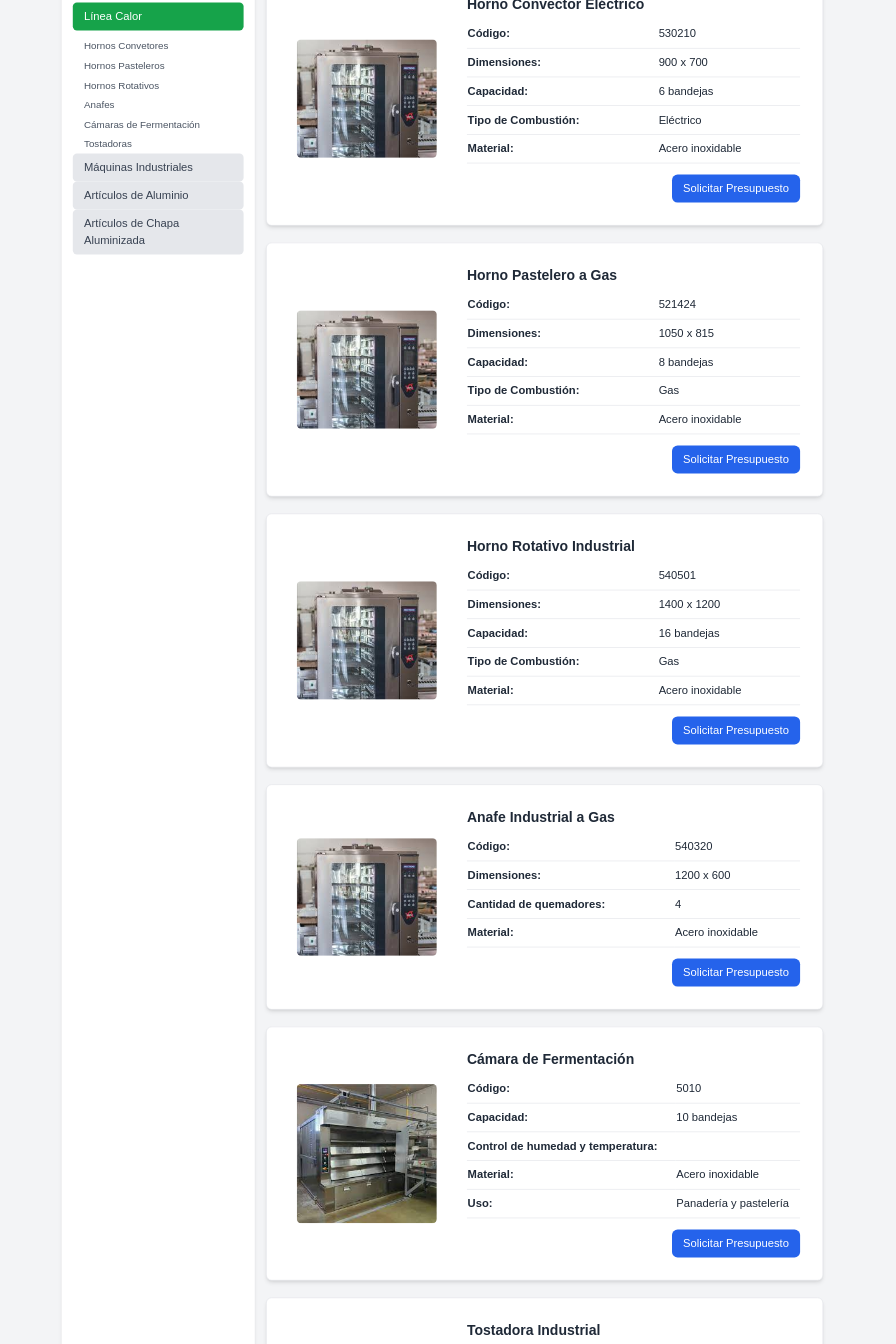
Repository: francoluca35/web-site-jla
Page: /producatalogo
The author's editor kept a copy of each file at every save. The page is drawn from the files as they stood at one save, then again after the next save.
The browser window is 1280 px wide. The pictures show the part of the page from y = 368 to 2288 px (the page is 2970 px tall), at 70% of full size.
The project was rebuilt for these pictures with package versions that can differ from the ones it lists, and the page was loaded fresh each time. The framework's server and built-in components were replaced by stand-ins that run in the browser. Also part of the build but not shown: next.config.js, next.config.mjs.

Above is the page before, as saved 2025-03-05 03:20:57.

After the next save:
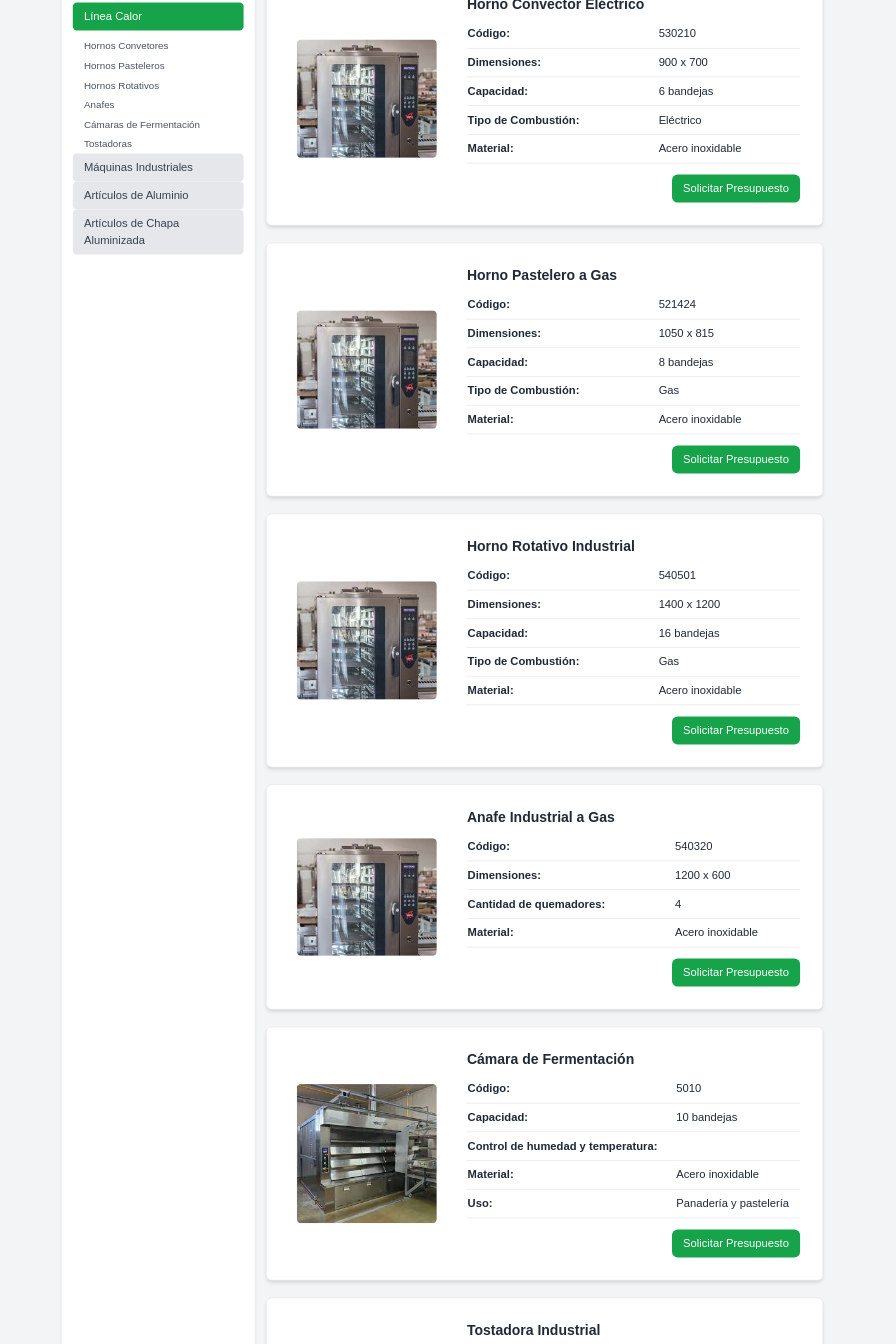
Saved 16 s later.
--- a/app/producatalogo/page/ProductoCatal/index.js
+++ b/app/producatalogo/page/ProductoCatal/index.js
@@ -85,7 +85,7 @@ export default function ProductosCatalogo() {
                   </tbody>
                 </table>
                 <div className="flex justify-end mt-4">
-                  <button className="bg-blue-600 text-white px-4 py-2 rounded-lg hover:bg-green-500 transition-all">
+                  <button className="bg-green-600 text-white px-4 py-2 rounded-lg hover:bg-green-500 transition-all">
                     Solicitar Presupuesto
                   </button>
                 </div>
